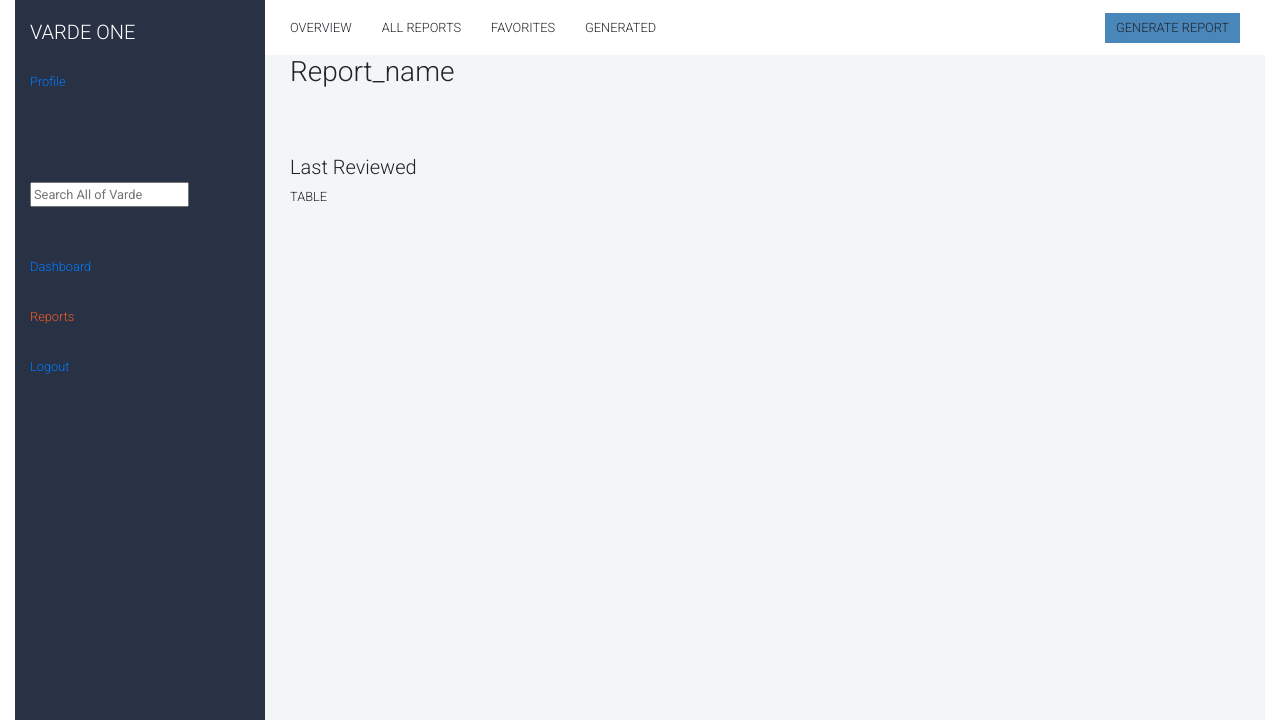
Repository: slavishtipkov/cra-redux
Page: /reports
These files come from the project's save history. The page is drawn as it stood at one moment and after the next save; the edit follows.
The browser window is 1280 px wide. The pictures show the whole page.
The project was rebuilt for these pictures with package versions that can differ from the ones it lists, and the page was loaded fresh each time.

Above is the page before, as saved 2019-07-09 14:12:47.

After the next save:
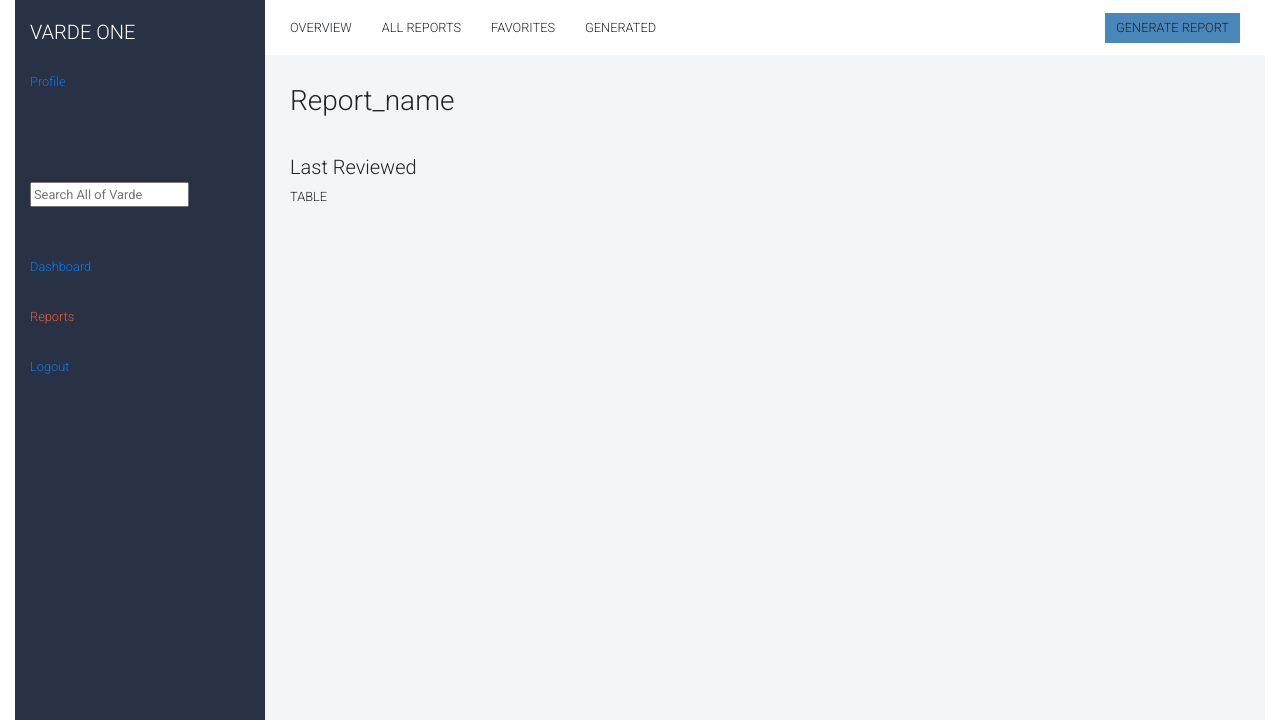
Saved 6 s later.
--- a/src/Components/App/App.scss
+++ b/src/Components/App/App.scss
@@ -55,7 +55,7 @@
       }
       .page-header-content {
         height: 100px;
-        align-items: center;
+        align-content: center;
         padding-left: 25px;
       }
     }

After the save that followed:
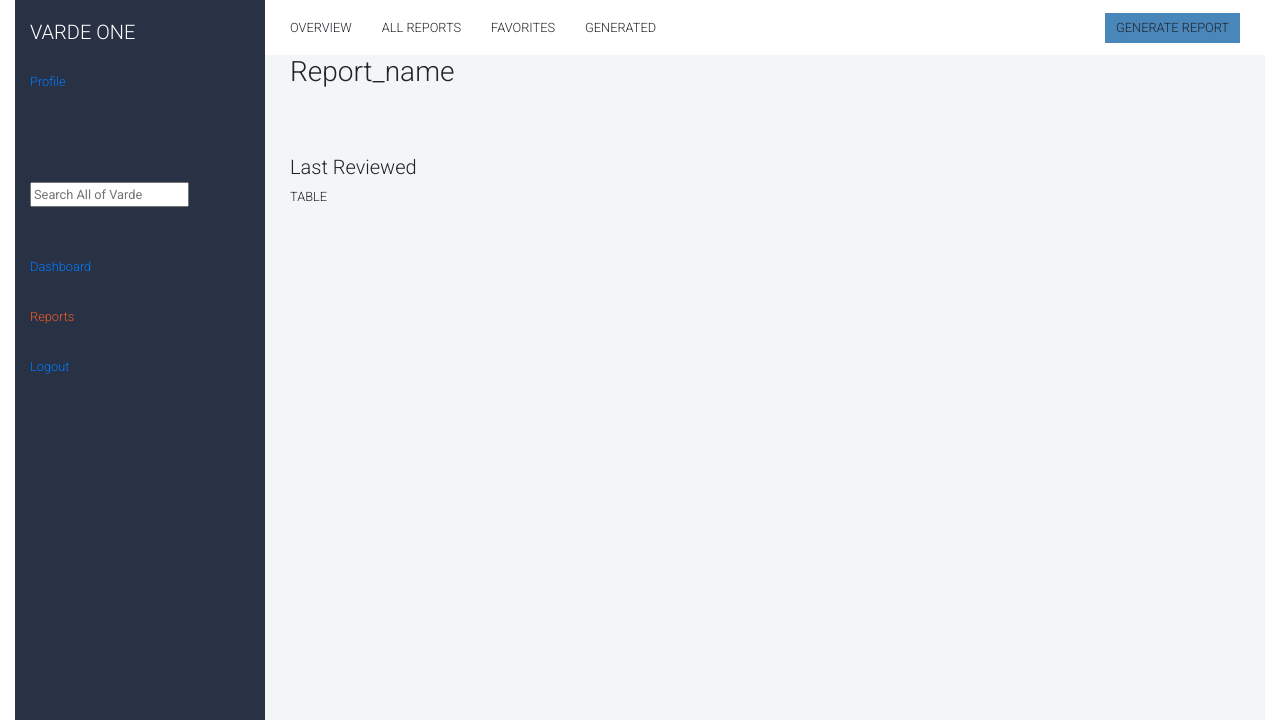
Saved 8 s later.
--- a/src/Components/App/App.scss
+++ b/src/Components/App/App.scss
@@ -55,6 +55,7 @@
       }
       .page-header-content {
         height: 100px;
+        display: flex;
         align-content: center;
         padding-left: 25px;
       }
